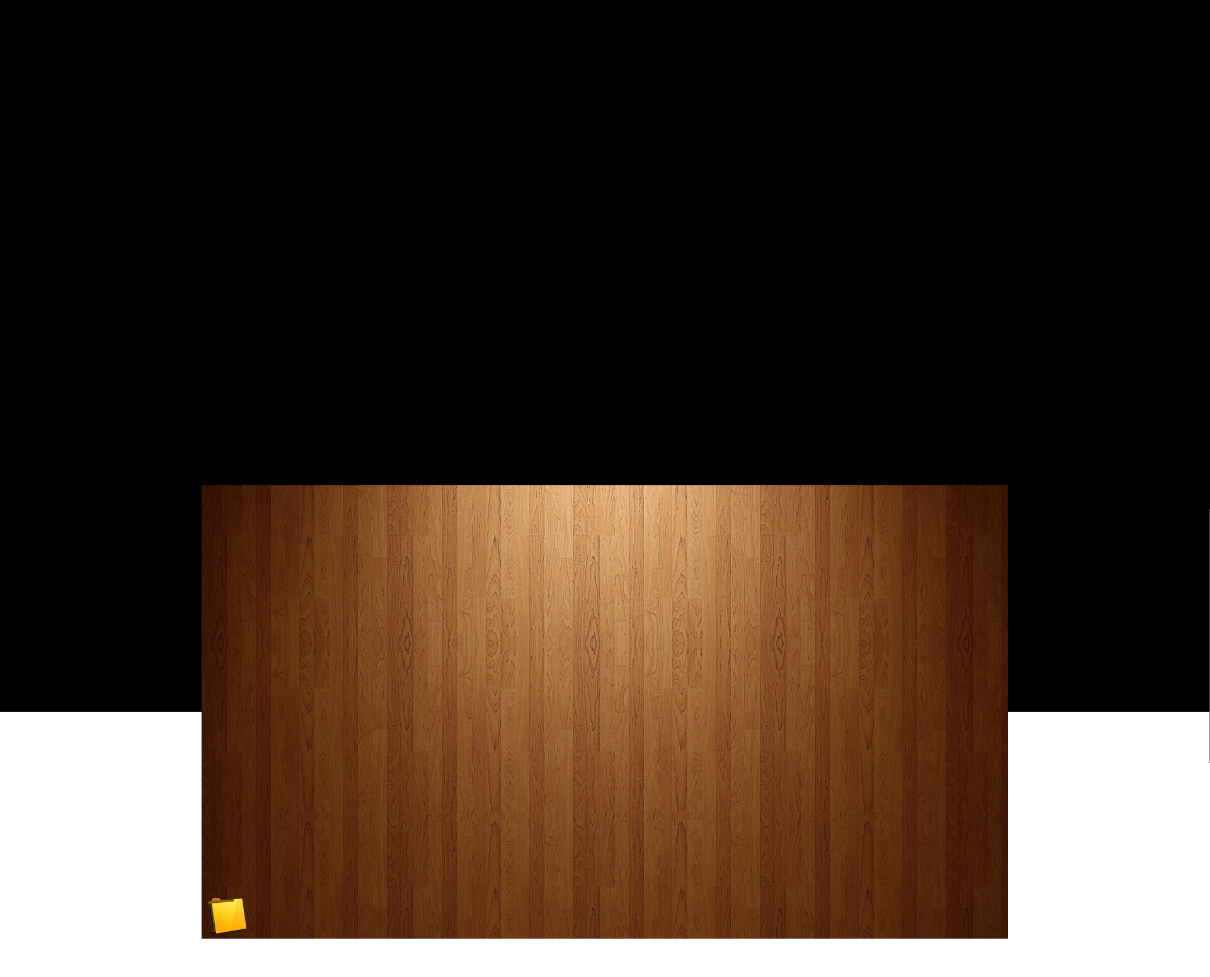
Repository: pe22dw/1dv403-laborationer
Page: 5-pwd/index.html
The author's editor kept a record of every edit. The page is drawn from the files as they stood at one moment, then again after the next edit.
The browser window is 1280 px wide. The page is 1920 px wide, so the pictures cover 1920 px, including what lies to the right of the window. The pictures show the whole page, at 63% of full size.

Above is the page before.

After the next edit:
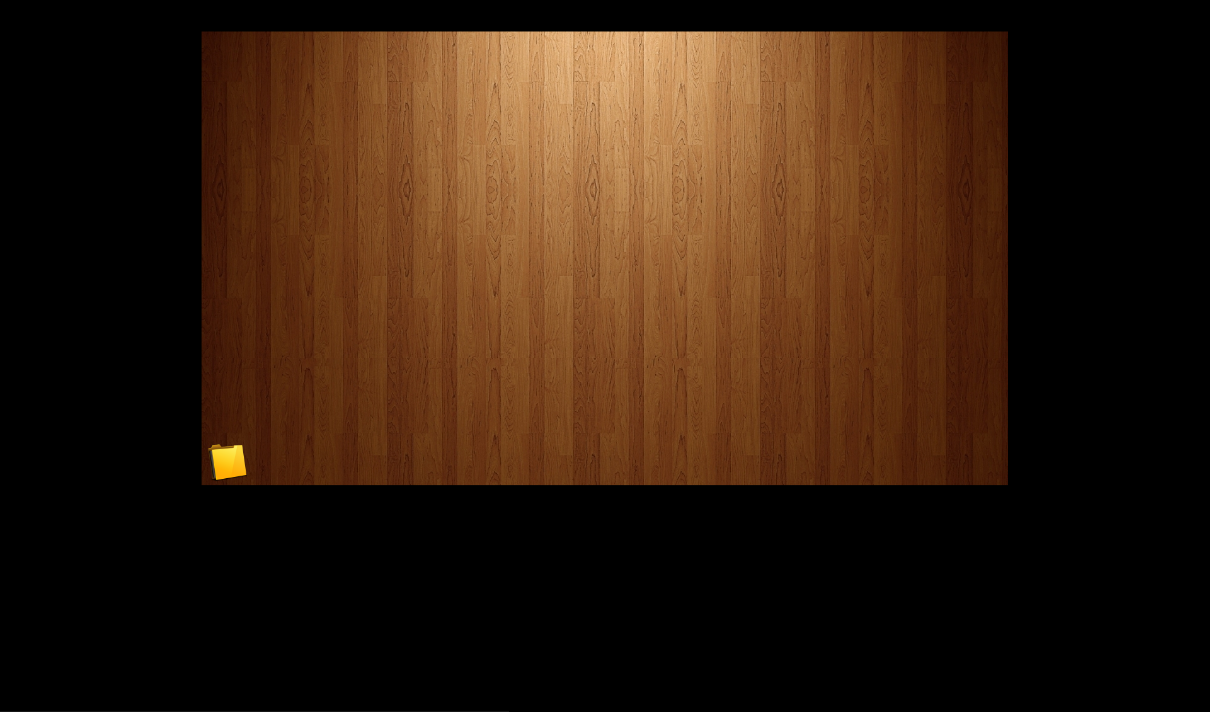
The edit:
--- a/5-pwd/index.html
+++ b/5-pwd/index.html
@@ -10,14 +10,7 @@
 
         <div id="container">
 
-            <div id="desktop">
 
-
-
-
-
-
-            </div>
 
         </div>
 
